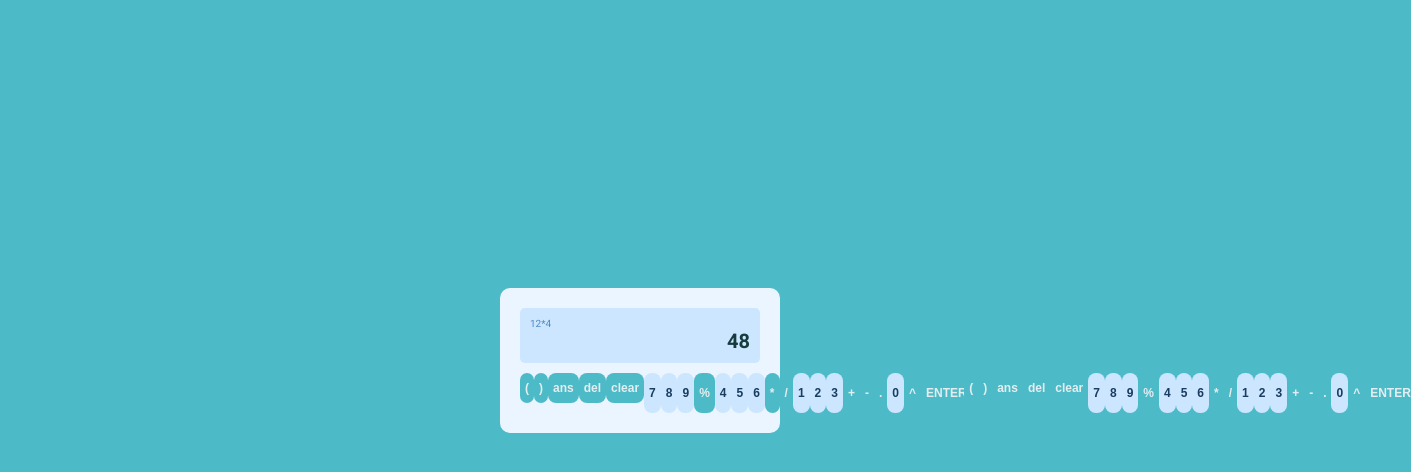
Repository: Herinyhert/Calculate-infix-a-postfix
Page: index.html
These files come from the project's save history. The page is drawn as it stood at one moment and after the next save; the edit follows.
The browser window is 1280 px wide. The page is 1411 px wide, so the pictures cover 1411 px, including what lies to the right of the window. The pictures show the whole page.

Above is the page before, as saved 2023-11-02 19:30:19.

After the next save:
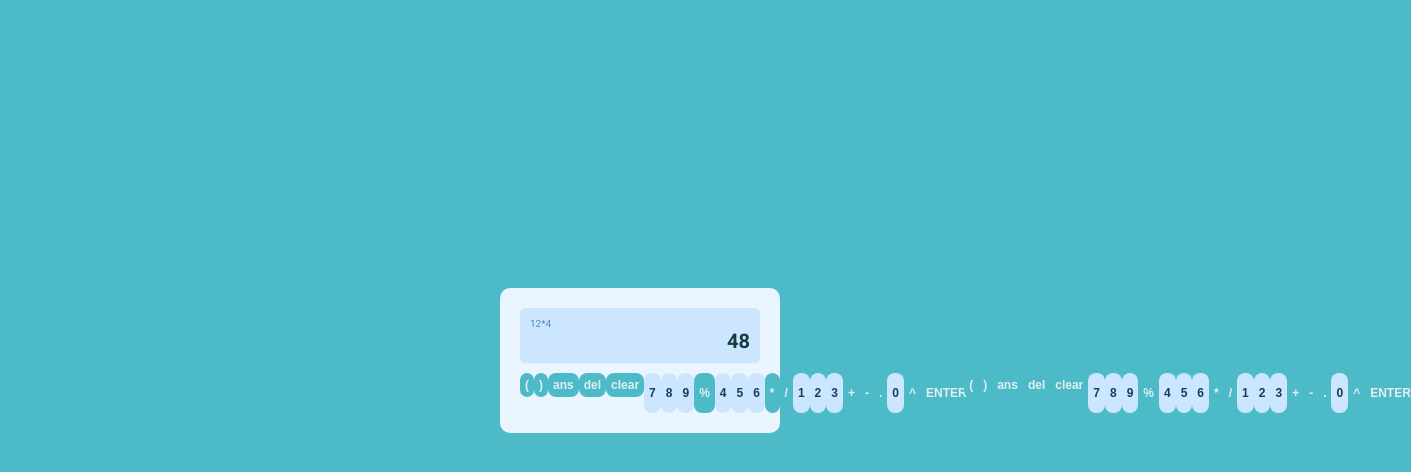
Saved 8 s later.
--- a/css/index.css
+++ b/css/index.css
@@ -53,5 +53,5 @@ body{
     color:#e4eef0;
 }
 .small{
-    height: 30px;
+    height: 5%;
 }
